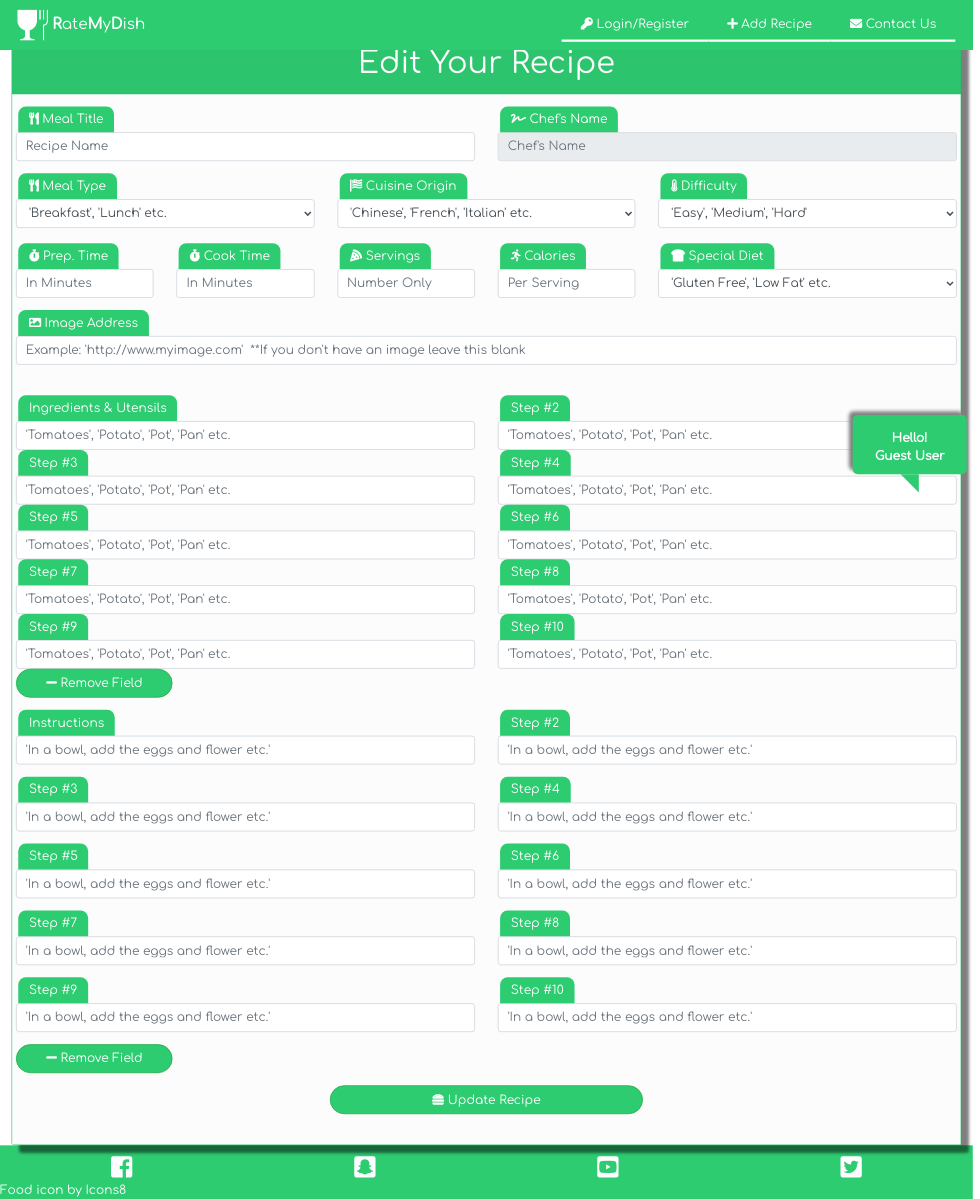
Repository: dbyrne87/ratemydish
Page: templates/editrecipe.html
The author's editor kept a record of every edit. The page is drawn from the files as they stood at one moment, then again after the next edit.
The browser window is 1280 px wide. The page is 1280 px wide, then 1289 px, so the pictures cover 1289 px, including what lies to the right of the window. The pictures show the whole page, at 76% of full size.
Some web fonts or font styles are not loaded; a fallback is used. The page is served by the project's application, run on Flask 3 (app.py). The template is opened directly, without the code that normally fills it, so the values that code supplies are empty.

Above is the page before.

After the next edit:
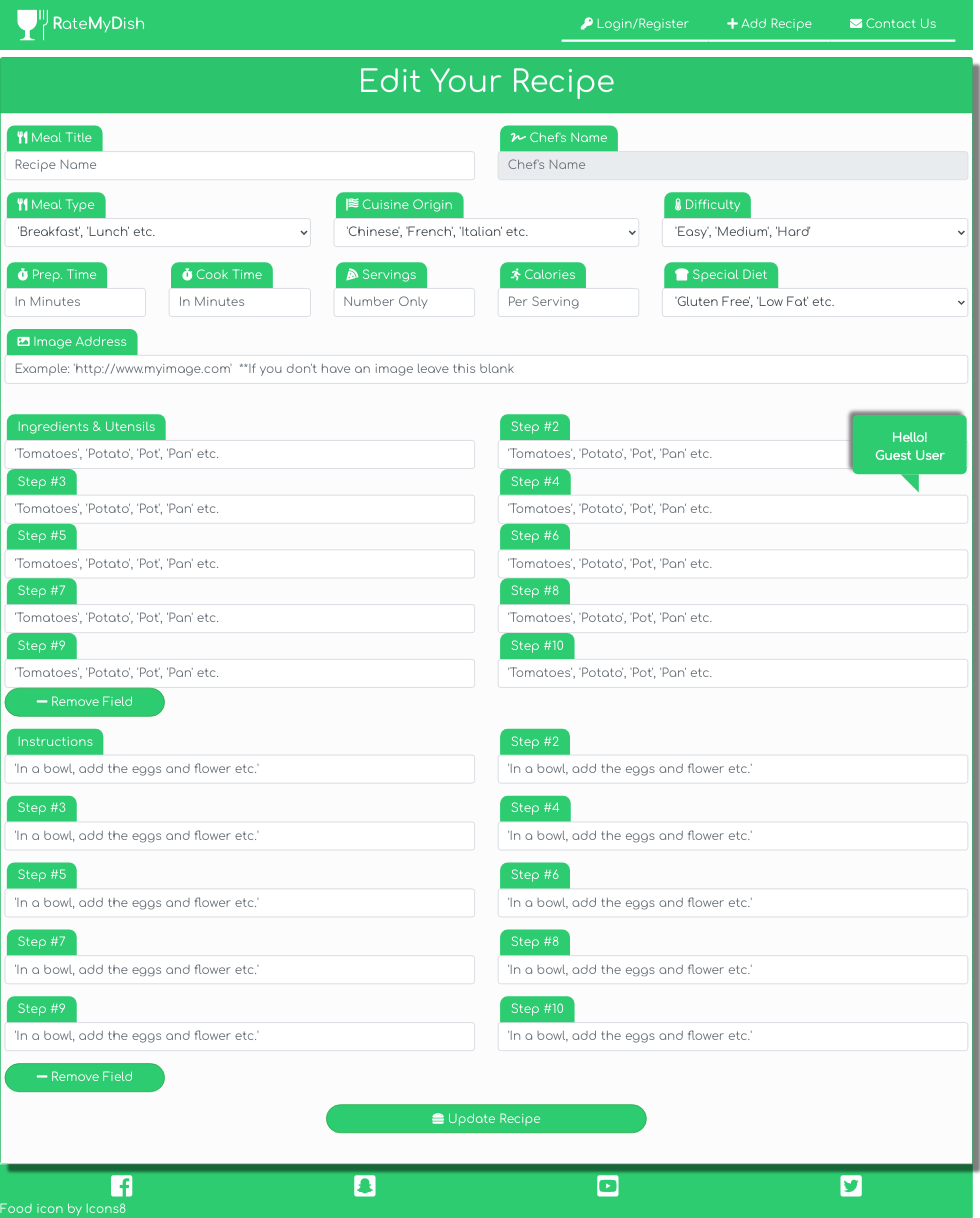
The edit:
--- a/templates/editrecipe.html
+++ b/templates/editrecipe.html
@@ -1,6 +1,6 @@
 {% extends 'base.html' %} {% block content %}
 
-<form id="update_recipe_card" name="update_recipe_card" class="col-lg-12 mx-auto" action="{{url_for('update_recipe')}}" method="POST">
+<form class="add_recipe_card" name="update_recipe_card" class="col-lg-12 mx-auto" action="{{url_for('update_recipe')}}" method="POST">
     {% with messages = get_flashed_messages() %}
         {% if messages %}
             {% for message in messages %}
